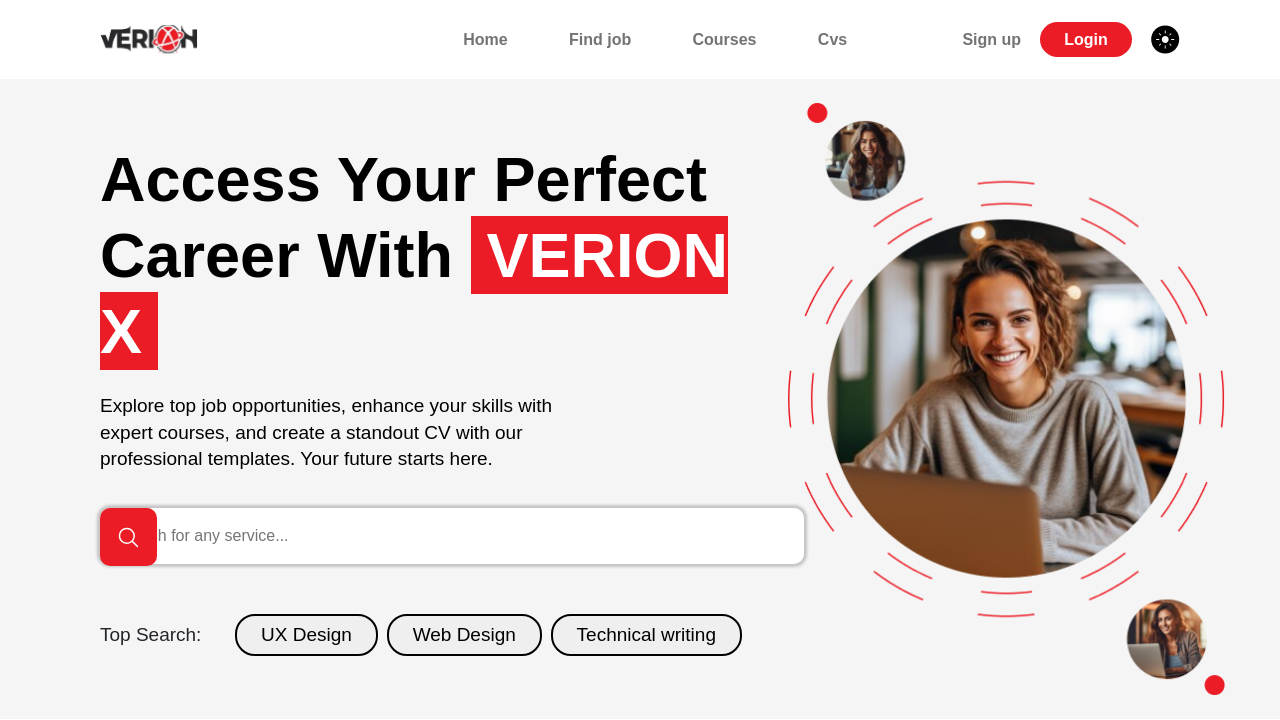
Repository: SahMenz/verionX
Page: /
The author's editor kept a copy of each file at every save. The page is drawn from the files as they stood at one save, then again after the next save.
The browser window is 1280 px wide. The pictures show the whole page.
The project was rebuilt for these pictures with package versions that can differ from the ones it lists, and the page was loaded fresh each time. Also part of the build but not shown: vite.config.js.

Above is the page before, as saved 2024-06-14 16:22:27.

After the next save:
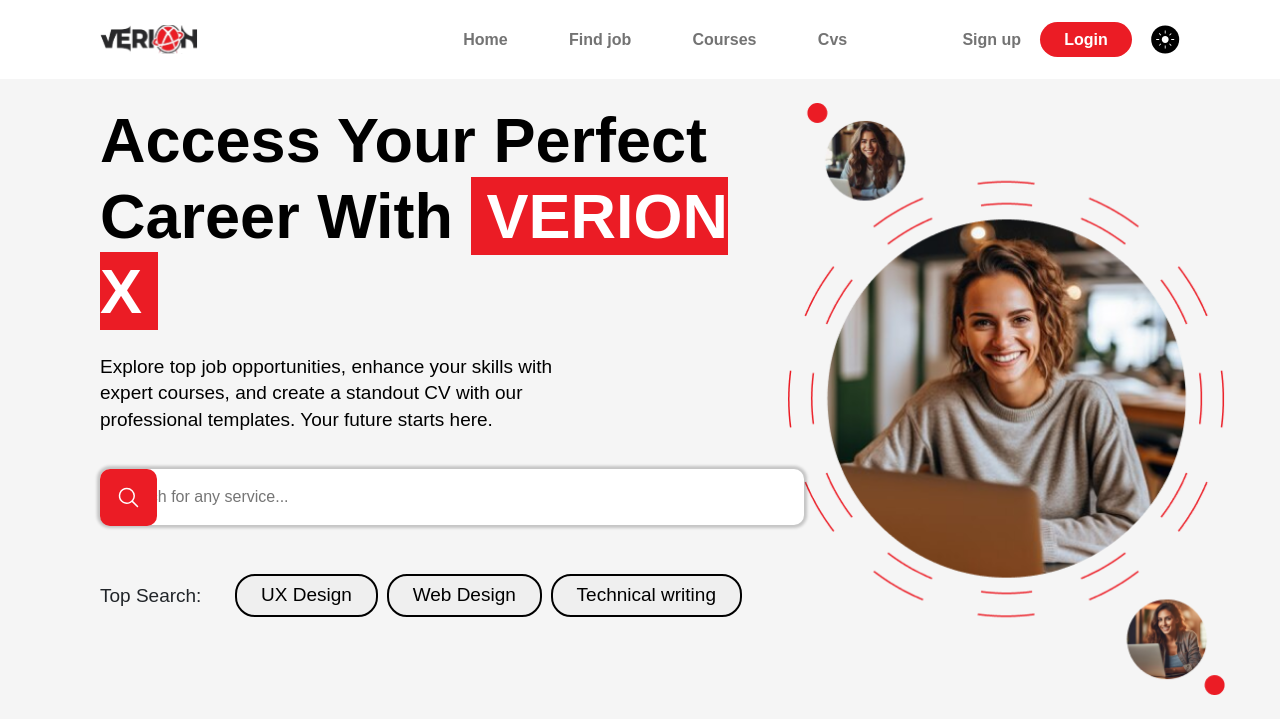
Saved 93 s later.
--- a/src/components/home/hero/hero.jsx
+++ b/src/components/home/hero/hero.jsx
@@ -3,7 +3,7 @@
 
 function Hero() {
   return (
-    <div className='d-flex align-items-center justify-content-between flex-column flex-xl-row  py-4 bg-f5' style={{padding: "0px 100px",}}>
+    <div className='d-flex align-center justify-content-between flex-column flex-xl-row  py-4 bg-f5' style={{padding: "0px 100px",}}>
         <div style={{width: "50vw", maxWidth:"800px"}} className='me-lg-5'>
             <div className='txt-63 lh-75 txt-ff fw-600 txt-00' style={{width: "50vw", maxWidth:"733px"}}>Access Your Perfect Career With <span className='bg-eb fw-600 txt-ff py-1 px-3'>VERION X</span></div>
             <div className='txt-00 lh-26 txt-19' style={{width:"39vw", maxWidth:"630px", padding:" 24px 0px 36px 0px"}}>

After the save that followed:
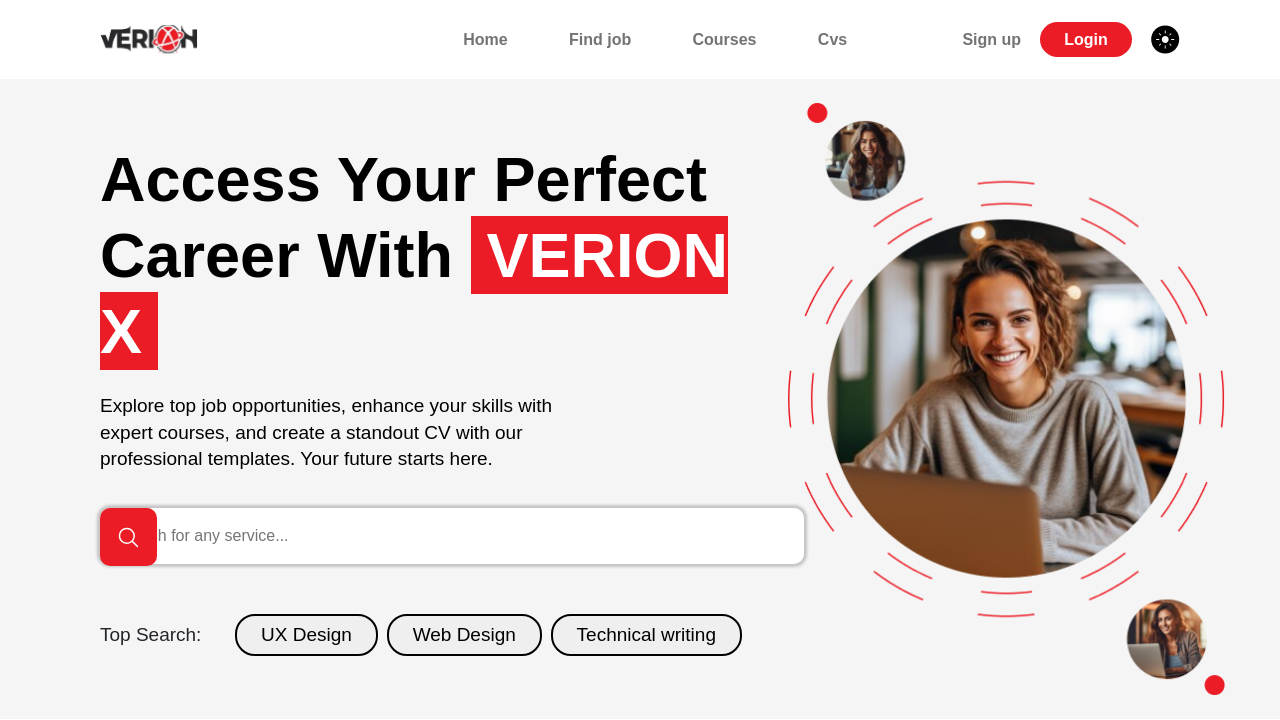
Saved 7 s later.
--- a/src/components/home/hero/hero.jsx
+++ b/src/components/home/hero/hero.jsx
@@ -3,7 +3,7 @@
 
 function Hero() {
   return (
-    <div className='d-flex align-center justify-content-between flex-column flex-xl-row  py-4 bg-f5' style={{padding: "0px 100px",}}>
+    <div className='d-flex align-items-center justify-content-between flex-column flex-xl-row  py-4 bg-f5' style={{padding: "0px 100px",}}>
         <div style={{width: "50vw", maxWidth:"800px"}} className='me-lg-5'>
             <div className='txt-63 lh-75 txt-ff fw-600 txt-00' style={{width: "50vw", maxWidth:"733px"}}>Access Your Perfect Career With <span className='bg-eb fw-600 txt-ff py-1 px-3'>VERION X</span></div>
             <div className='txt-00 lh-26 txt-19' style={{width:"39vw", maxWidth:"630px", padding:" 24px 0px 36px 0px"}}>
